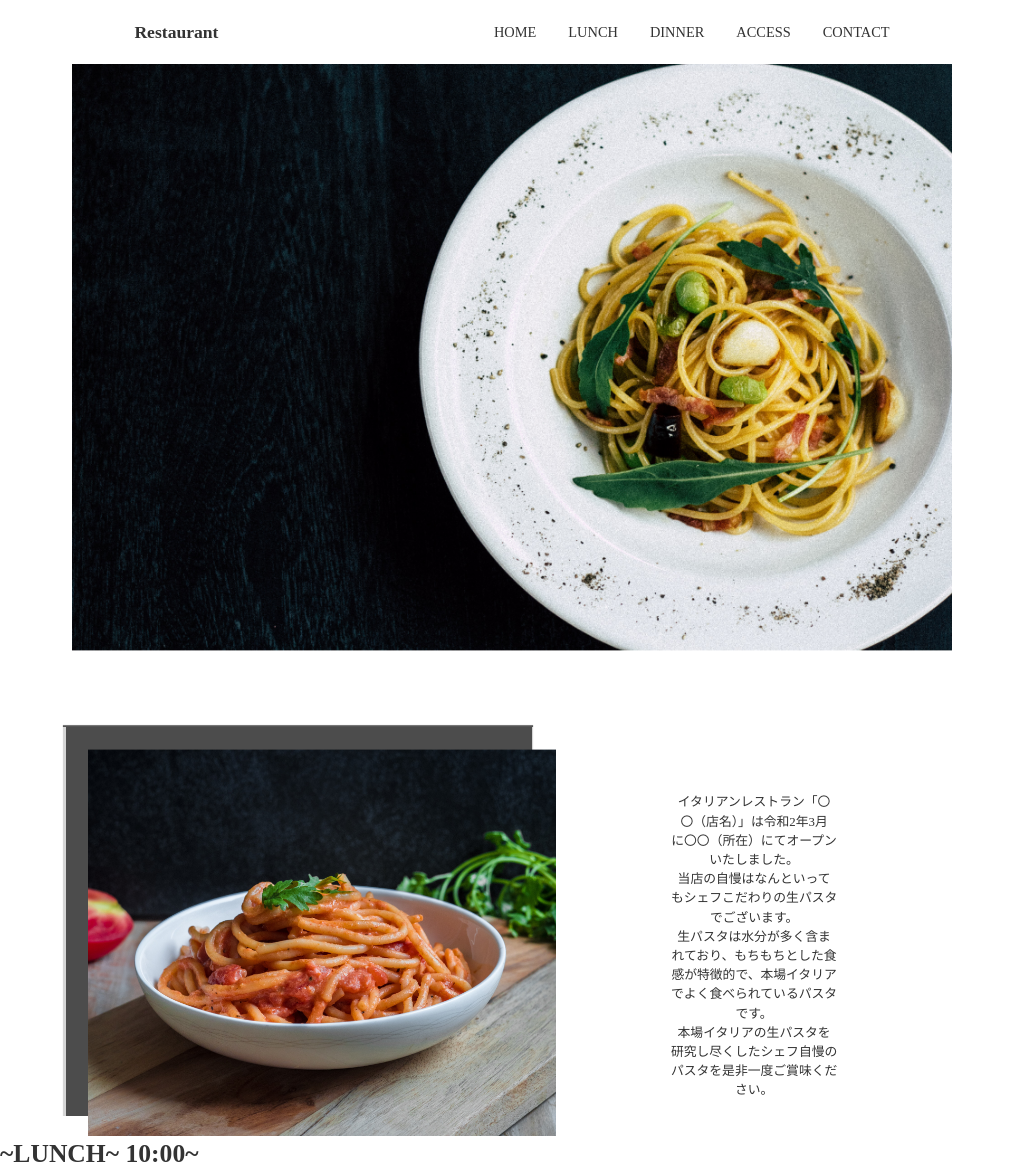
Repository: konatsu-0806/demo-site
Page: FromFigma/index.html
These files come from the project's save history. The page is drawn as it stood at one moment and after the next save; the edit follows.
The browser window is 1280 px wide. The pictures show the whole page, at 80% of full size.

Above is the page before, as saved 2023-02-08 17:27:02.

### FromFigma/index.html
<!DOCTYPE html>
<html lang="ja">

<head>
  <meta charset="UTF-8">
  <meta name="viewport" content="width=device-width, initial-scale=1.0">
  <meta http-equiv="X-UA-Compatible" content="ie=edge">
  <link rel="stylesheet" href="css/style.css">
  <title>demosite</title>
</head>

<body>
  <header class="header_bg">
    <div class="header_contents">
      <h1>Restaurant</h1>
      <div class="responsive_btn">
        <div class="menu_line"></div>
        <div class="menu_line"></div>
        <div class="menu_line"></div>
      </div>
      <nav class="header_nav">
        <ul class="header_nav_lists">
          <li><a class="nav_link" href="">HOME</a></li>
          <li><a class="nav_link" href="">LUNCH</a></li>
          <li><a class="nav_link" href="">DINNER</a></li>
          <li><a class="nav_link" href="">ACCESS</a></li>
          <li><a class="nav_link" href="">CONTACT</a></li>
        </ul>
      </nav>
    </div>
  </header>
  <script src="js/master.js"></script>

  <div class="main_visual">
   <img src="img/mgg-vitchakorn-98Xi5vMGKck-unsplash.jpg" alt="">
  </div>

  <div class="intro_bg">
    <div class="intro_contents">
        <div class="intro_img">
            <img src="img/pratik-gupta-gyt0s3wR1YM-unsplash.jpg" alt="">
        </div>
        <div class="intro_sentence">
            <p class="text-center">
              イタリアンレストラン「〇<br />
              〇（店名）」は令和2年3月<br />
              に〇〇（所在）にてオープン<br />
              いたしました。
            </p>
            <p class="text-center">
              当店の自慢はなんといって<br />
              もシェフこだわりの生パスタ<br />
              でございます。<br />
            </p>
            <p class="text-center">
              生パスタは水分が多く含ま<br />
              れており、もちもちとした食<br />
              感が特徴的で、本場イタリア<br />
              でよく食べられているパスタ<br />
              です。
            </p>
            <p class="text-center">
              本場イタリアの生パスタを<br />
              研究し尽くしたシェフ自慢の<br />
              パスタを是非一度ご賞味くだ<br />
              さい。
            </p>
        </div>
    </div>
</div>

<div class="lunch">
  <div class="triangle"></div>
  <h1>~LUNCH~
    10:00~
  </h1>
</div>
</body>

</html>

### FromFigma/css/style.css
/* Reset style */
* {
    margin: 0;
    padding: 0;
    box-sizing: border-box;
    list-style: none;
    text-decoration: none;
    color: #333;
}

/* Normal header style */
.header_bg {
    width: 100%;
    height: 80px;
}

.header_contents {
    width: 100%;
    max-width: 1024px;
    height: 100%;
    margin: 0 auto;
    display: flex;
    justify-content: space-between;
    align-items: center;
}

.header_contents h1 {
    font-size: 22px;
    margin: 0 0 0 40px;
}

.header_nav_lists {
    display: flex;
}

.header_nav_lists li {
    margin: 0 40px 0 0;
}

.nav_link {
    font-size: 18px;
}

/* Responsive menu button */
.responsive_btn {
    display: none;
    flex-direction: column;
    align-items: center;
    justify-content: center;
    width: 32px;
    height: 32px;
    margin: 0 40px 0 0;
    cursor: pointer;
    position: relative;
    z-index: 10;
}

.menu_line {
    background-color: #333;
    border-radius: 5px;
    width: 100%;
    height: 5px;
    margin: 4px 0;
}

/* Reaponsive style */
@media screen and (max-width: 768px) {
    .responsive_btn {
        display: flex;
    }

    .header_bg {
        position: relative;
    }

    .header_nav {
        background-color: white;
        width: 100%;
        height: 100vh;
        padding: 80px 0 0 0;
        position: absolute;
        top: 0;
        right: -100%;
        transition: .5s;
    }

    .header_nav_lists {
        display: block;
        text-align: center;
    }

    .header_nav_lists li {
        margin: 0 0 40px;
        text-align: center;
    }

    .nav_link {
        font-size: 20px;
    }
}

/* js function "menuToggle" starting only */
.menu_active {
    right: 0;
  }

/* 1st pic */
img {
    width: 100%;
}

.main_visual {
    padding: 0 50px;
    margin: auto;
    max-width: 1200px;
}

/* contents */
.intro_bg {
    width: 100%;
    max-width: 1200px;
    margin: auto;
    padding: 120px 50px 0px 70px;
}
.contents img {
    width: 100%;
}
.text-center {
    text-align: center;
}
.intro_contents {
    display: flex;
}
.intro_img {
    width: 55%;
    margin: auto;
    box-shadow: -30px -30px 1px 1px rgba(0, 0, 0, 0.7);
}
.intro_sentence {
    width: 45%;
    margin: auto .5rem;
}
@media screen and (max-width: 767px) {
    .intro_contents {
        display: block;
    }
    .intro_contents .intro_img {
        width: 100%;
        margin: 0 auto;
    }
    .intro_contents .intro_sentence {
        width: 100%;
        margin: 0 auto;
    }
}

### FromFigma/js/master.js
const responsive_menu_btn = document.querySelector('.responsive_btn');
responsive_menu_btn.addEventListener('click', menuToggle);

function menuToggle() {
  const header_menu_detail = document.querySelector('.header_nav');
  header_menu_detail.classList.toggle('menu_active');
}

After the next save:
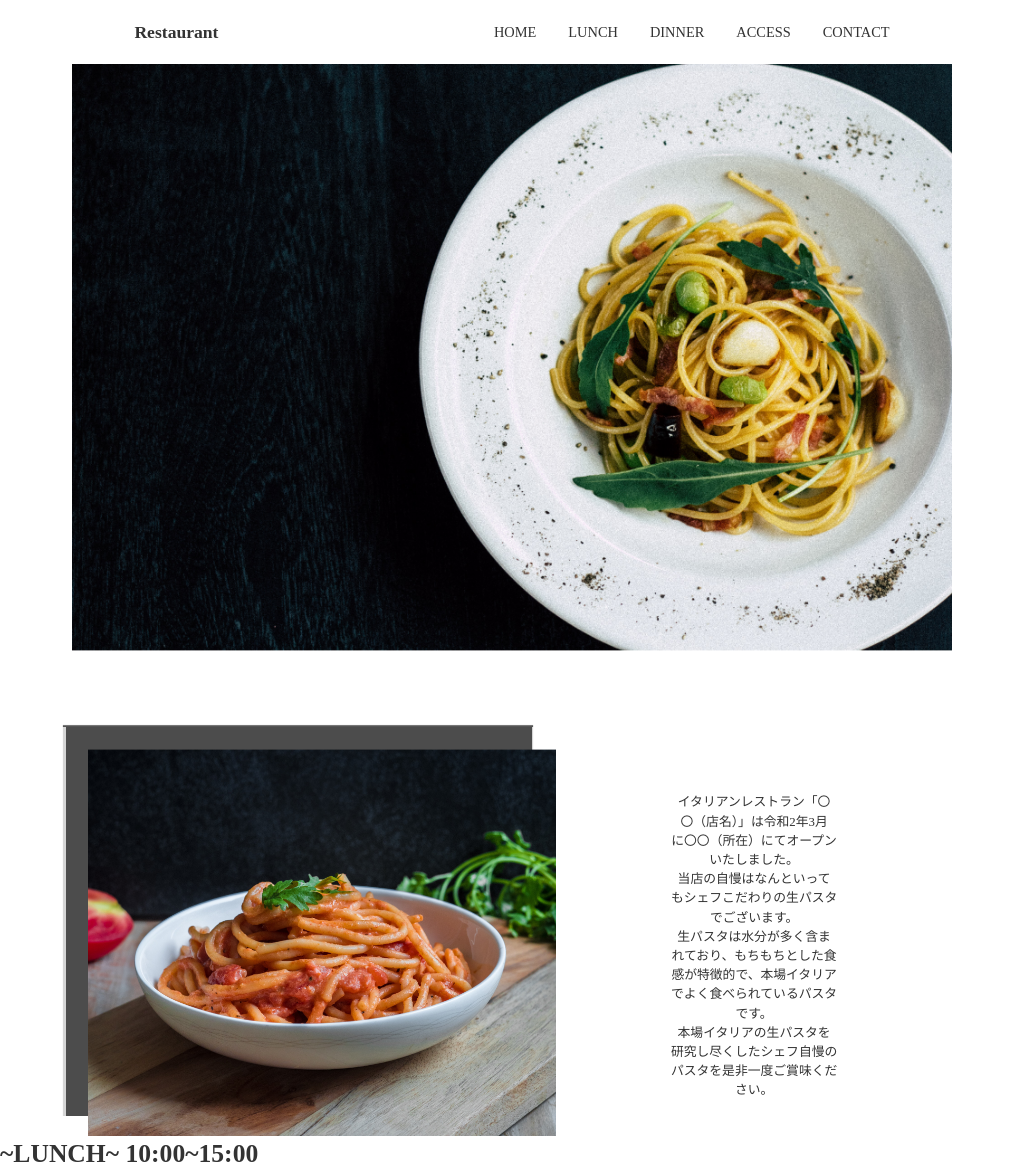
Saved 5 s later.
--- a/FromFigma/index.html
+++ b/FromFigma/index.html
@@ -72,7 +72,7 @@
 <div class="lunch">
   <div class="triangle"></div>
   <h1>~LUNCH~
-    10:00~
+    10:00~15:00
   </h1>
 </div>
 </body>
